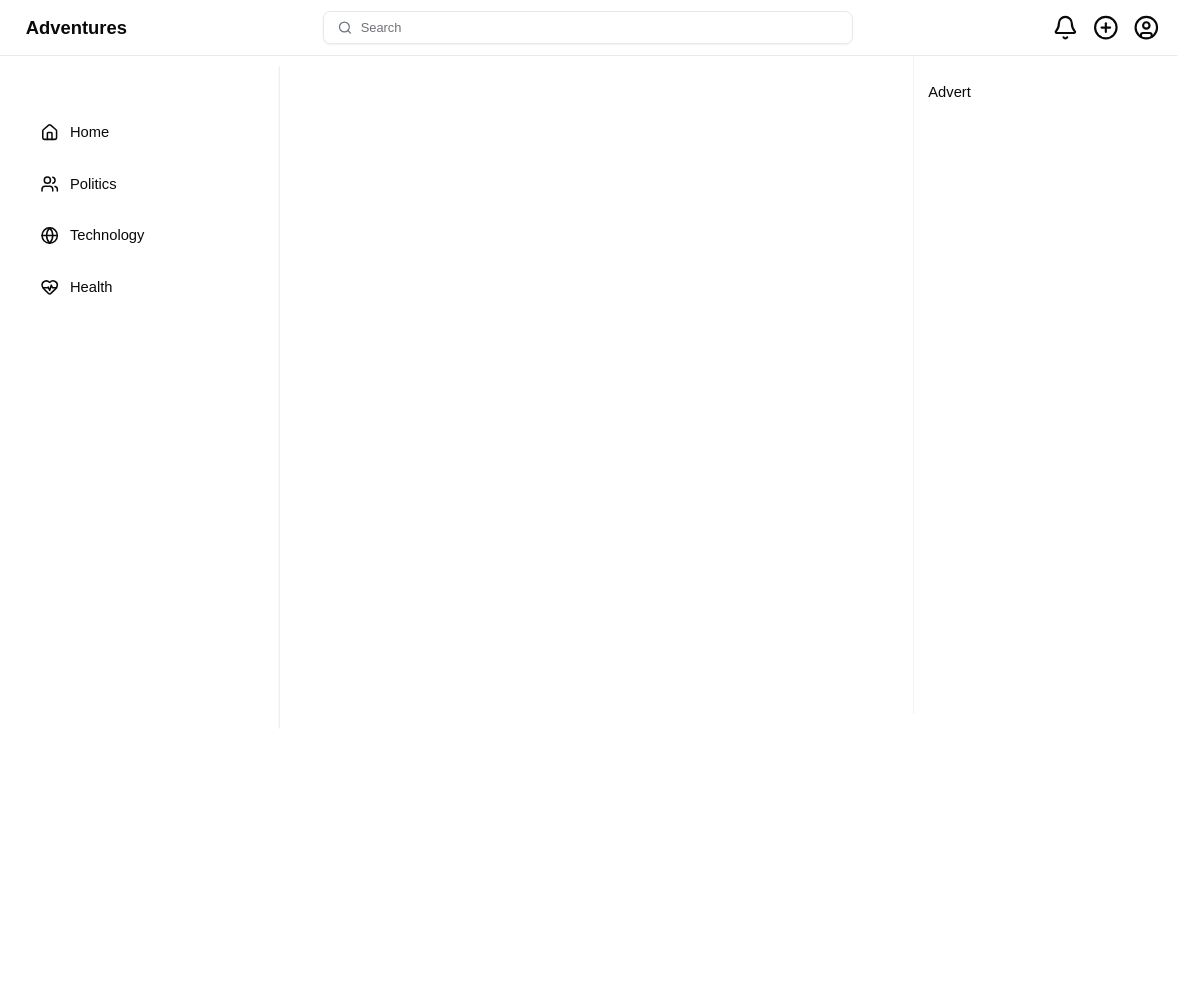
Repository: IssaMuiz/afrixpace-frontend
Page: /
An editor plug-in stored every save of this project. The page is shown before and after the next save, followed by the edit.
The browser window is 1280 px wide. The pictures show the whole page, at 92% of full size.
The page's requests for data from a server got no answer. The project was rebuilt for these pictures with package versions that can differ from the ones it lists, and the page was loaded fresh each time. The framework's server and built-in components were replaced by stand-ins that run in the browser. No one was signed in, and anything a server would have sent is missing. Also part of the build but not shown: next.config.ts, components/ui/card.tsx, components/Vote.tsx, components/PostCard.tsx.

Above is the page before, as saved 2025-02-05 14:29:48.

### app/layout.tsx
import type { Metadata } from "next";
import { Geist, Geist_Mono } from "next/font/google";
import "./globals.css";
import LayoutWrapper from "@/components/LayoutWrapper";

const geistSans = Geist({
  variable: "--font-geist-sans",
  subsets: ["latin"],
});

const geistMono = Geist_Mono({
  variable: "--font-geist-mono",
  subsets: ["latin"],
});

export const metadata: Metadata = {
  title: "Adventurer app",
  description: "Share your adventure experience here",
};

export default function RootLayout({
  children,
}: Readonly<{
  children: React.ReactNode;
}>) {
  return (
    <html lang="en">
      <body
        className={`${geistSans.variable} ${geistMono.variable} min-h-screen antialiased`}
      >
        <LayoutWrapper>{children}</LayoutWrapper>
      </body>
    </html>
  );
}

### app/page.tsx
import Feed from "@/components/Feed";

const HomePage = () => {
  return (
    <div className="h-screen ">
      <Feed />
    </div>
  );
};

export default HomePage;

### components/LayoutWrapper.tsx
"use client";

import Navbar from "@/components/Navbar";
import Sidebar from "@/components/Sidebar";
import AdvertBar from "@/components/Advertbar";
import { useState } from "react";

export default function LayoutWrapper({
  children,
}: Readonly<{
  children: React.ReactNode;
}>) {
  const [isSidebarOpen, setIsSidebarOpen] = useState(false);

  return (
    <div>
      <Navbar onMenuClick={() => setIsSidebarOpen(true)} />
      <div className="grid grid-rows-1 lg:grid-rows-[1fr_250px] xl:grid-rows-[250px_1fr_300px] gap-6 h-screen p-4">
        <Sidebar
          isOpen={isSidebarOpen}
          onClose={() => setIsSidebarOpen(false)}
        />

        <main className=" lg:mr-[290px]  xl:mx-[300px]">{children}</main>
        <AdvertBar />
      </div>
    </div>
  );
}

### components/Feed.tsx
"use client";

import { useEffect, useState } from "react";
import PostCard from "./PostCard";

interface Post {
  id: string;
  title: string;
  content: string;
  votes: number;
  mediaUrl?: string;
  mediaType: "image" | "video";
}

const Feed = () => {
  const [posts, setPosts] = useState<Post[]>([]);

  useEffect(() => {
    async function fetchPost() {
      const res = await fetch("/api/posts");
      const data = await res.json();
      setPosts(data);
    }
    fetchPost();
  }, []);
  return (
    <section className="space-y-6 mt-20">
      {posts.map((post) => (
        <PostCard key={post.id} post={post} />
      ))}
    </section>
  );
};

export default Feed;

### components/Navbar.tsx
"use client";
import { Button } from "./ui/button";
import { Input } from "./ui/input";
import { Search } from "lucide-react";
import { Menu } from "lucide-react";
import { BellIcon } from "lucide-react";
import { UserCircle } from "lucide-react";
import { PlusCircle } from "lucide-react";

interface NavbarProps {
  onMenuClick: () => void;
}

const Navbar = ({ onMenuClick }: NavbarProps) => {
  return (
    <nav className="border-b bg-white z-20 fixed left-0 right-0 top-0 border-gray-200 px-4 py-3 flex justify-between items-center">
      <div className="flex space-x-3 items-center">
        <Button
          onClick={onMenuClick}
          className="xl:hidden block hover:bg-gray-300 rounded-full  cursor-pointer border-none shadow-none p-1"
          variant="outline"
        >
          <Menu className="min-h-7 min-w-7" />
        </Button>
        <h1 className="lg:hidden block text-2xl font-semibold">A</h1>
        <h1 className="text-xl font-semibold hidden lg:flex">Adventures</h1>
      </div>
      <div className="relative max-w-xl flex-1 mx-5">
        <Search className=" h-4 absolute left-3 top-1/2 transform -translate-y-1/2 text-gray-500" />
        <Input
          type="text"
          placeholder="Search"
          className="pl-10 w-full border rounded-lg"
        />
      </div>

      <div className=" flex space-x-2">
        <Button
          className=" hover:bg-gray-300 rounded-full cursor-pointer border-none shadow-none p-1 "
          variant="outline"
        >
          <BellIcon className="min-h-7 min-w-7" />
        </Button>
        <Button
          className=" hover:bg-gray-300 rounded-full cursor-pointer border-none shadow-none p-1"
          variant="outline"
        >
          <PlusCircle className="min-h-7 min-w-7" />
        </Button>
        <Button
          className=" hover:bg-gray-300 rounded-full cursor-pointer border-none shadow-none p-1"
          variant="outline"
        >
          <UserCircle className="min-h-7 min-w-7" />
        </Button>

        {/* <Button variant="outline" className="hover:bg-gray-100">
          Login
        </Button>
        <Button className="hover:bg-white hover:text-black ">Sign up</Button> */}
      </div>
    </nav>
  );
};

export default Navbar;

### components/Sidebar.tsx
"use client";

import Link from "next/link";
import { usePathname } from "next/navigation";
import { categories } from "@/constant";
import { cn } from "@/lib/utils";
import { useEffect, useRef } from "react";

interface SidebarProps {
  isOpen: boolean;
  onClose: () => void;
}

const Sidebar = ({ isOpen, onClose }: SidebarProps) => {
  const sidebarRef = useRef<HTMLDivElement | null>(null);

  useEffect(() => {
    const handleOutsideClick = (event: MouseEvent) => {
      if (
        isOpen &&
        sidebarRef.current &&
        !sidebarRef.current.contains(event.target as Node)
      ) {
        onClose();
      }
    };

    document.addEventListener("mousedown", handleOutsideClick);
    return () => document.removeEventListener("mousedown", handleOutsideClick);
  }, [isOpen, onClose]);

  const pathname = usePathname();
  return (
    <aside>
      <div
        className={cn(
          "fixed inset-0 z-40 bg-black/30 transition-opacity xl:hidden",
          isOpen ? "opacity-100 visible" : "opacity-0 invisible"
        )}
      ></div>
      <div
        ref={sidebarRef}
        className={cn(
          "fixed top-14 left-0 bottom-0 w-72 border-r bg-white border-gray-200 h-screen dark:bg-gray-900 px-4 pt-12 transition-transform xl:z-0 z-50 xl:relative xl:translate-x-0",
          isOpen ? "translate-x-0" : "-translate-x-full"
        )}
      >
        <ul className="space-y-2">
          {categories.map((cat) => (
            <li key={cat.name}>
              <Link
                href={`/${cat.path}`}
                className={cn(
                  "flex items-center gap-3 p-3 rounded-md hover:bg-gray-200 dark:hover:bg-gray-800 transition",
                  pathname === `/${cat.path}` &&
                    "bg-gray-300 dark:bg-gray-700 font-semibold"
                )}
              >
                <cat.icon className="w-5 h-5" />
                <span>{cat.name}</span>
              </Link>
            </li>
          ))}
        </ul>
      </div>
    </aside>
  );
};

export default Sidebar;

### components/Advertbar.tsx
const AdvertBar = () => {
  return (
    <aside className="hidden lg:block fixed right-0 top-14 bottom-0 w-72 border-l border-gray-200 h-full bg-white pt-8 px-4">
      Advert
    </aside>
  );
};

export default AdvertBar;

### components/ui/button.tsx
import * as React from "react"
import { Slot } from "@radix-ui/react-slot"
import { cva, type VariantProps } from "class-variance-authority"

import { cn } from "@/lib/utils"

const buttonVariants = cva(
  "inline-flex items-center justify-center gap-2 whitespace-nowrap rounded-md text-sm font-medium transition-colors focus-visible:outline-none focus-visible:ring-1 focus-visible:ring-ring disabled:pointer-events-none disabled:opacity-50 [&_svg]:pointer-events-none [&_svg]:size-4 [&_svg]:shrink-0",
  {
    variants: {
      variant: {
        default:
          "bg-primary text-primary-foreground shadow hover:bg-primary/90",
        destructive:
          "bg-destructive text-destructive-foreground shadow-sm hover:bg-destructive/90",
        outline:
          "border border-input bg-background shadow-sm hover:bg-accent hover:text-accent-foreground",
        secondary:
          "bg-secondary text-secondary-foreground shadow-sm hover:bg-secondary/80",
        ghost: "hover:bg-accent hover:text-accent-foreground",
        link: "text-primary underline-offset-4 hover:underline",
      },
      size: {
        default: "h-9 px-4 py-2",
        sm: "h-8 rounded-md px-3 text-xs",
        lg: "h-10 rounded-md px-8",
        icon: "h-9 w-9",
      },
    },
    defaultVariants: {
      variant: "default",
      size: "default",
    },
  }
)

export interface ButtonProps
  extends React.ButtonHTMLAttributes<HTMLButtonElement>,
    VariantProps<typeof buttonVariants> {
  asChild?: boolean
}

const Button = React.forwardRef<HTMLButtonElement, ButtonProps>(
  ({ className, variant, size, asChild = false, ...props }, ref) => {
    const Comp = asChild ? Slot : "button"
    return (
      <Comp
        className={cn(buttonVariants({ variant, size, className }))}
        ref={ref}
        {...props}
      />
    )
  }
)
Button.displayName = "Button"

export { Button, buttonVariants }

### components/ui/input.tsx
import * as React from "react"

import { cn } from "@/lib/utils"

const Input = React.forwardRef<HTMLInputElement, React.ComponentProps<"input">>(
  ({ className, type, ...props }, ref) => {
    return (
      <input
        type={type}
        className={cn(
          "flex h-9 w-full rounded-md border border-input bg-transparent px-3 py-1 text-base shadow-sm transition-colors file:border-0 file:bg-transparent file:text-sm file:font-medium file:text-foreground placeholder:text-muted-foreground focus-visible:outline-none focus-visible:ring-1 focus-visible:ring-ring disabled:cursor-not-allowed disabled:opacity-50 md:text-sm",
          className
        )}
        ref={ref}
        {...props}
      />
    )
  }
)
Input.displayName = "Input"

export { Input }

### constant.ts
import { Home, Users, Globe, HeartPulseIcon } from "lucide-react";

export const categories = [
  {
    name: "Home",
    icon: Home,
    path: "/",
  },
  {
    name: "Politics",
    icon: Users,
    path: "explore/politics",
  },
  {
    name: "Technology",
    icon: Globe,
    path: "explore/technology",
  },
  {
    name: "Health",
    icon: HeartPulseIcon,
    path: "explore/health",
  },
];

### lib/utils.ts
/* eslint-disable @typescript-eslint/no-explicit-any */
import { clsx } from "clsx";
import { twMerge } from "tailwind-merge";

export function cn(...inputs: any[]) {
  return twMerge(clsx(inputs));
}

### tailwind.config.ts
import type { Config } from "tailwindcss";
import tailwindAnimate from "tailwindcss-animate";

export default {
  darkMode: ["class"],
  content: [
    "./pages/**/*.{js,ts,jsx,tsx,mdx}",
    "./components/**/*.{js,ts,jsx,tsx,mdx}",
    "./app/**/*.{js,ts,jsx,tsx,mdx}",
  ],
  theme: {
    extend: {
      colors: {
        background: "hsl(var(--background))",
        foreground: "hsl(var(--foreground))",
        card: {
          DEFAULT: "hsl(var(--card))",
          foreground: "hsl(var(--card-foreground))",
        },
        popover: {
          DEFAULT: "hsl(var(--popover))",
          foreground: "hsl(var(--popover-foreground))",
        },
        primary: {
          DEFAULT: "hsl(var(--primary))",
          foreground: "hsl(var(--primary-foreground))",
        },
        secondary: {
          DEFAULT: "hsl(var(--secondary))",
          foreground: "hsl(var(--secondary-foreground))",
        },
        muted: {
          DEFAULT: "hsl(var(--muted))",
          foreground: "hsl(var(--muted-foreground))",
        },
        accent: {
          DEFAULT: "hsl(var(--accent))",
          foreground: "hsl(var(--accent-foreground))",
        },
        destructive: {
          DEFAULT: "hsl(var(--destructive))",
          foreground: "hsl(var(--destructive-foreground))",
        },
        border: "hsl(var(--border))",
        input: "hsl(var(--input))",
        ring: "hsl(var(--ring))",
        chart: {
          "1": "hsl(var(--chart-1))",
          "2": "hsl(var(--chart-2))",
          "3": "hsl(var(--chart-3))",
          "4": "hsl(var(--chart-4))",
          "5": "hsl(var(--chart-5))",
        },
      },
      borderRadius: {
        lg: "var(--radius)",
        md: "calc(var(--radius) - 2px)",
        sm: "calc(var(--radius) - 4px)",
      },
    },
  },

  plugins: [tailwindAnimate],
} satisfies Config;

Loaded but not shown: app/globals.css (common file)

After the next save:
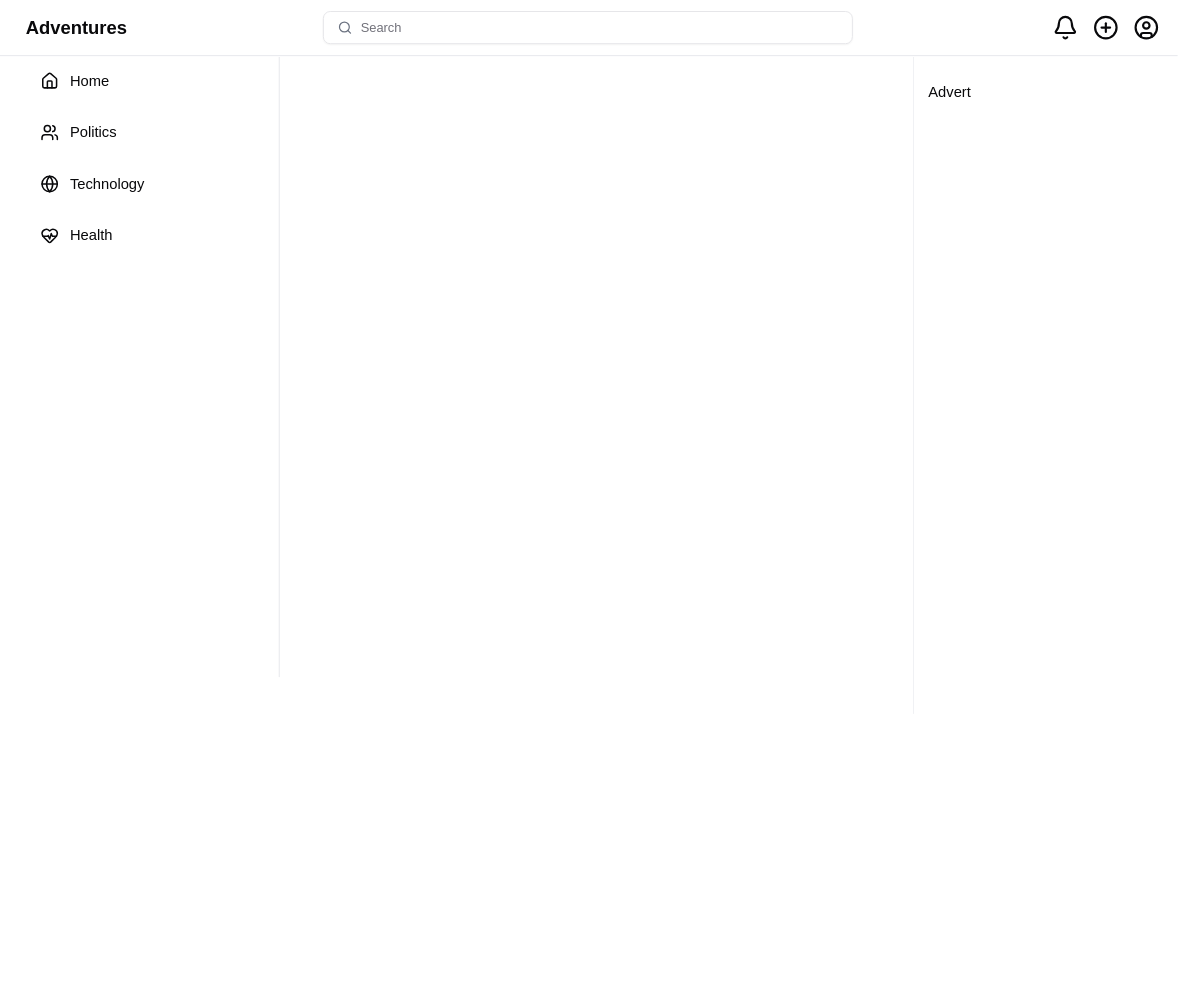
Saved 44 s later.
--- a/components/Sidebar.tsx
+++ b/components/Sidebar.tsx
@@ -41,7 +41,7 @@
       <div
         ref={sidebarRef}
         className={cn(
-          "fixed top-14 left-0 bottom-0 w-72 border-r bg-white border-gray-200 h-screen dark:bg-gray-900 px-4 pt-12 transition-transform xl:z-0 z-50 xl:relative xl:translate-x-0",
+          "fixed top-0 left-0 bottom-0 w-72 border-r bg-white border-gray-200 h-screen dark:bg-gray-900 px-4 pt-12 transition-transform xl:z-0 z-50 xl:relative xl:translate-x-0",
           isOpen ? "translate-x-0" : "-translate-x-full"
         )}
       >

After the save that followed:
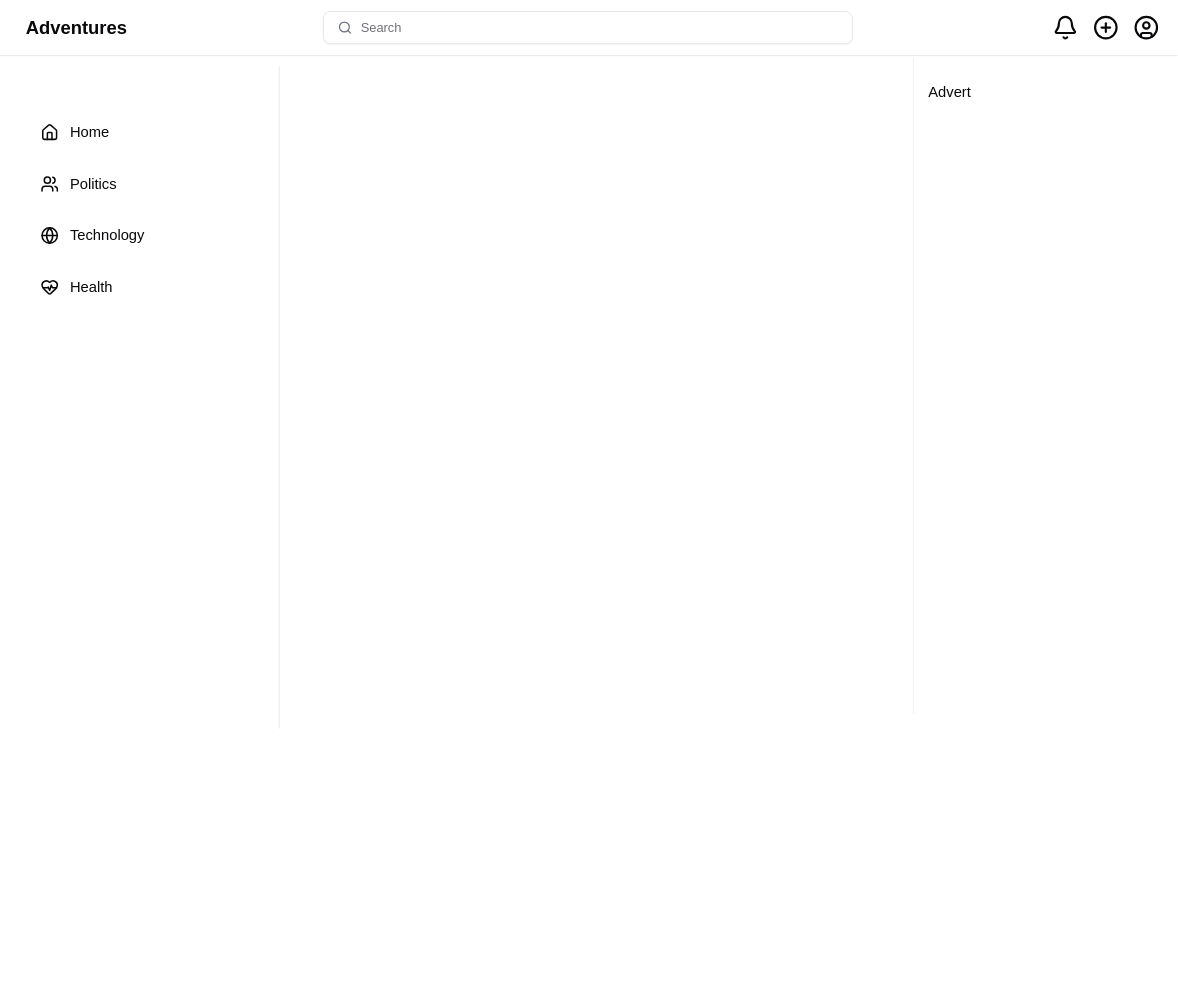
Saved 16 s later.
--- a/components/Sidebar.tsx
+++ b/components/Sidebar.tsx
@@ -41,7 +41,7 @@
       <div
         ref={sidebarRef}
         className={cn(
-          "fixed top-0 left-0 bottom-0 w-72 border-r bg-white border-gray-200 h-screen dark:bg-gray-900 px-4 pt-12 transition-transform xl:z-0 z-50 xl:relative xl:translate-x-0",
+          "fixed top-14 left-0 bottom-0 w-72 border-r bg-white border-gray-200 h-screen dark:bg-gray-900 px-4 pt-12 transition-transform xl:z-0 z-50 xl:relative xl:translate-x-0",
           isOpen ? "translate-x-0" : "-translate-x-full"
         )}
       >
